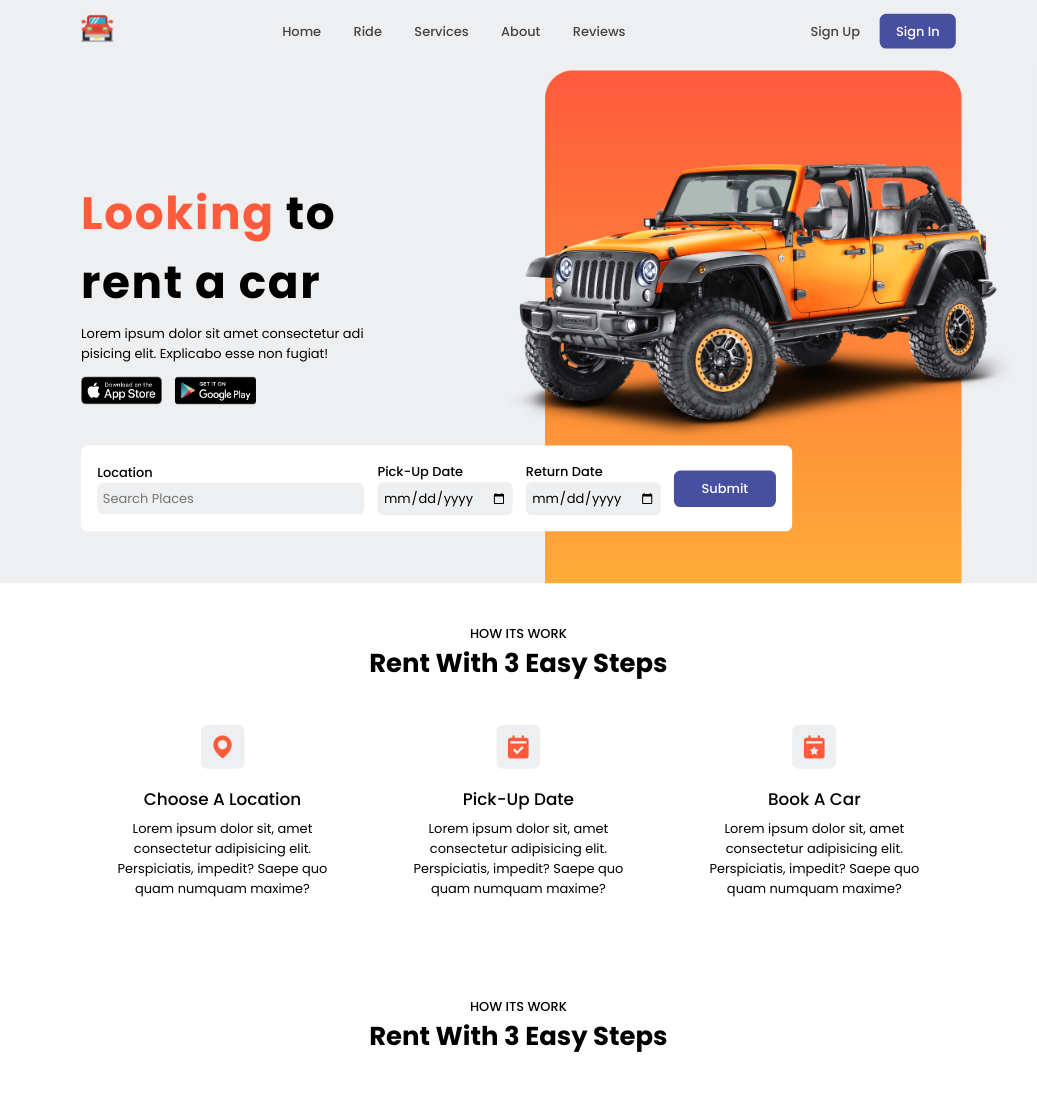
Repository: douglasabnovato/car-rental
Page: index.html
These files come from the project's save history. The page is drawn as it stood at one moment and after a run of saves; the edit follows.
The browser window is 1280 px wide. The pictures show the whole page, at 81% of full size.

Above is the page before, as saved 2025-05-16 14:57:51.

After the next 2 saves:
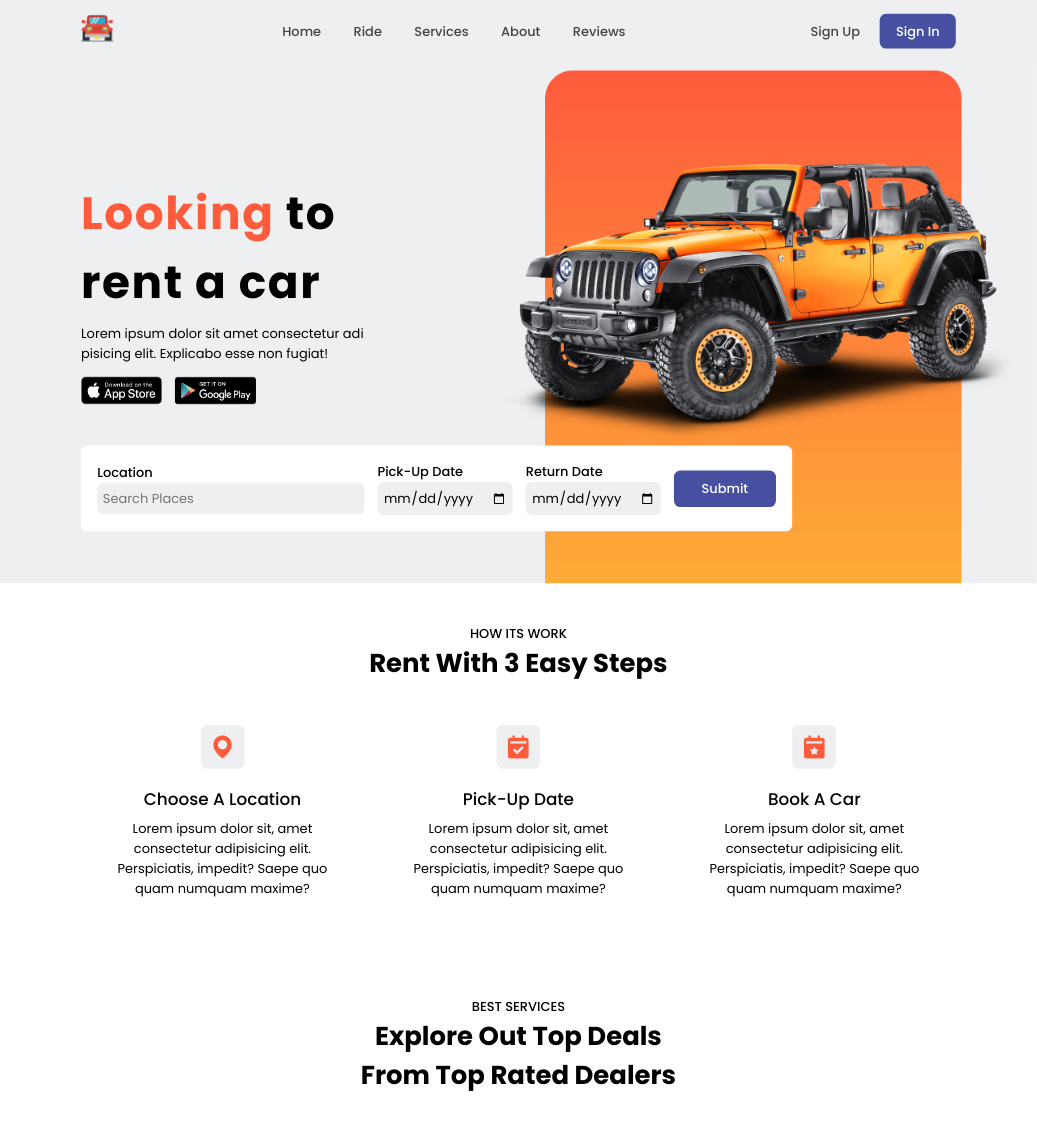
The 2 saves are shown as one change because they came seconds apart.
The last was saved 66 s later.
--- a/index.html
+++ b/index.html
@@ -102,8 +102,11 @@
     <!-- Services -->
     <section class="services" id="services">
       <div class="heading">
-        <span>How Its Work</span>
-        <h1>Rent With 3 Easy Steps</h1>
+        <span>Best Services</span>
+        <h1>
+          Explore Out Top Deals <br />
+          From Top Rated Dealers
+        </h1>
       </div>
     </section>
 
